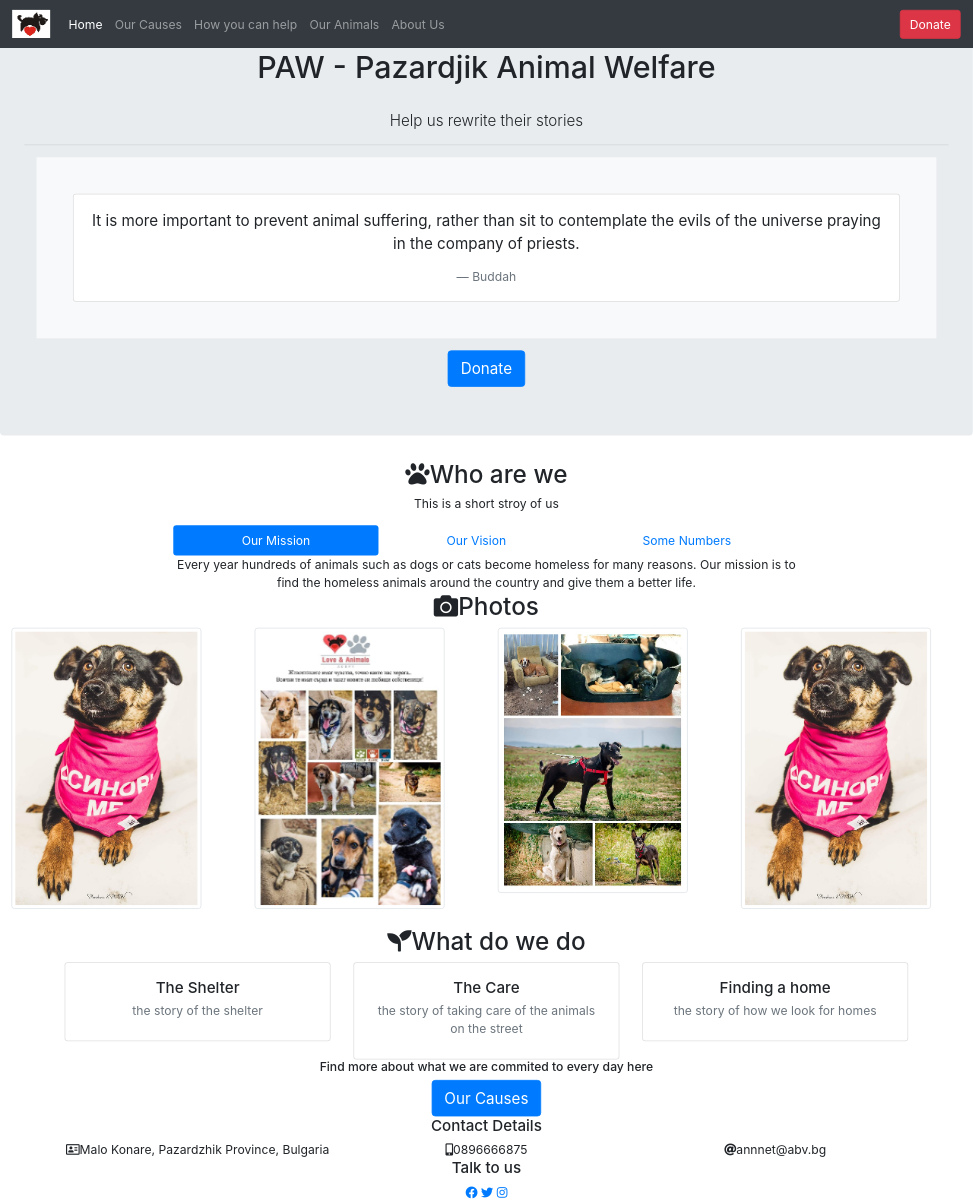
Repository: Naity17/PAW-first-website
Page: How-you-can-help.html
The author's editor kept a record of every edit. The page is drawn from the files as they stood at one moment, then again after the next edit.
The browser window is 1280 px wide. The pictures show the whole page, at 76% of full size.
Some web libraries are served in a nearby version.

Above is the page before.
Console error: TypeError: Cannot read properties of undefined (reading 'fn')

### How-you-can-help.html
<!DOCTYPE html>
<html lang="en">

<head>
    <meta charset="UTF-8">
    <meta name="viewport" content="width=device-width, initial-scale=1.0">
    <meta http-equiv="X-UA-Compatible" content="ie=edge">
    <link rel="stylesheet" href="https://stackpath.bootstrapcdn.com/bootstrap/4.3.1/css/bootstrap.min.css" integrity="sha384-ggOyR0iXCbMQv3Xipma34MD+dH/1fQ784/j6cY/iJTQUOhcWr7x9JvoRxT2MZw1T" crossorigin="anonymous">
    <link rel="stylesheet" href="https://use.fontawesome.com/releases/v5.9.0/css/all.css" integrity="sha384-i1LQnF23gykqWXg6jxC2ZbCbUMxyw5gLZY6UiUS98LYV5unm8GWmfkIS6jqJfb4E" crossorigin="anonymous">
    <script src="https://stackpath.bootstrapcdn.com/bootstrap/4.3.1/js/bootstrap.min.js" integrity="sha384-JjSmVgyd0p3pXB1rRibZUAYoIIy6OrQ6VrjIEaFf/nJGzIxFDsf4x0xIM+B07jRM" crossorigin="anonymous"></script>
    <link rel="stylesheet" href="assets/css/style.css" type="text/css" />
    <title>PAW - Pazardjik Animal Welfare</title>
</head>

<body>
    <header>
        <!-- ---------------NavBar-------------- -->
        <nav class="navbar navbar-expand-md navbar-dark fixed-top bg-dark">
            <a class="navbar-brand" href="index.html">
                <img src="assets/images/general/logo.jpg">
            </a>
            <button class="navbar-toggler collapsed" type="button" data-toggle="collapse" data-target="#navbarCollapse" aria-controls="navbarCollapse" aria-expanded="false" aria-label="Toggle navigation">
              <span class="navbar-toggler-icon"></span>
            </button>
            <div class="navbar-collapse collapse" id="navbarCollapse" style="">
                <ul class="navbar-nav mr-auto">
                    <li class="nav-item active">
                        <a class="nav-link" href="#">Home<span class="sr-only">(current)</span></a>
                    </li>
                    <li class="nav-item">
                        <a class="nav-link" href="#">Our Causes</a>
                    </li>
                    <li class="nav-item">
                        <a class="nav-link" href="#">How you can help</a>
                    </li>
                    <li class="nav-item">
                        <a class="nav-link" href="#">Our Animals</a>
                    </li>
                    <li class="nav-item">
                        <a class="nav-link" href="#">About Us</a>
                    </li>
                </ul>
                <button class="btn btn-danger navbar-btn">Donate</button>
            </div>
        </nav>
        <!-- ---------------End of NavBar-------------- -->
    </header>

    <!-- ---------------Jumbotron-------------- -->
    <section class="main">
        <div class="jumbotron text-center">
            <div class="contaier-fluid">
                <h1 class="uppercase">PAW - Pazardjik Animal Welfare</h1>
                <br>
                <p class="lead">Help us rewrite their stories</p>
                <hr class="my-3">
                <div class="position-relative overflow-hidden p-3 p-md-5 m-md-3 text-center bg-light">
                    <div class="card">
                        <div class="card-body">
                            <blockquote class="blockquote mb-0">
                                <p>It is more important to prevent animal suffering, rather than sit to contemplate the evils of the universe praying in the company of priests.</p>
                                <footer class="blockquote-footer">Buddah</footer>
                            </blockquote>
                        </div>
                    </div>
                </div>
                <a class="btn btn-primary btn-lg" href="#" role="button">Donate</a>
            </div>
        </div>
    </section>
    <!-- ---------------End of Jumbotron-------------- -->

    <!-- --------------Who are we-------------- -->
    <section class="text-center container-fluid">
        <div class="row">
            <div class="col-1"></div>
            <div class="col-10">
                <h2><i class="fa fa-paw" aria-hidden="true"></i>Who are we</h2>
                <p>This is a short stroy of us</p>
            </div>
            <div class="col-1"></div>
        </div>
        <div class="row">
            <div class="col-2"></div>
            <div class="col-8">
                <!-- Nav tabs-->
                <ul class="nav nav-pills nav-fill" id="pills-tab" role="tablist">
                    <li class="nav-item">
                        <a class="nav-link active" id="pills-our-mission-tab" data-toggle="pill" href="#pills-our-mission" role="tab" aria-controls="pills-our-mission" aria-selected="true">Our Mission</a>
                    </li>
                    <li class="nav-item">
                        <a class="nav-link" id="pills-our-vision-tab" data-toggle="pill" href="#pills-our-vision" role="tab" aria-controls="pills-our-vision" aria-selected="false">Our Vision </a>
                    </li>
                    <li class="nav-item">
                        <a class="nav-link" id="pills-some-numbers-tab" data-toggle="pill" href="#pills-some-numbers" role="tab" aria-controls="pills-some-numbers" aria-selected="false">Some Numbers</a>
                    </li>
                </ul>
                <div class="tab-content" id="pills-tabContent">
                    <div class="tab-pane fade show active" id="pills-our-mission" role="tabpanel" aria-labelledby="pills-our-mission-tab">Every year hundreds of animals such as dogs or cats become homeless for many reasons. Our mission is to find the homeless animals around the country and give them a better life.
                    </div>
                    <div class="tab-pane fade" id="pills-our-vision" role="tabpanel" aria-labelledby="pills-our-vision-tab">We see the future of Animal Shelter as a compassionate society where companion animals are valued and treated with respect and are guaranteed to find loving homes and families.
                    </div>
                    <div class="tab-pane fade" id="pills-some-numbers" role="tabpanel" aria-labelledby="pills-some-numbers-tab">
                        <div class="row">
                            <div class="col-4">
                                <div class="cell height-fill">
                                    <div>
                                        <h4>1000</h4>
                                        <p class="uppercase">Animals adopted</p>
                                    </div>
                                </div>
                            </div>
                            <div class="col-4">
                                <div class="cell height-fill">
                                    <div>
                                        <h4>2000</h4>
                                        <p class="uppercase">Animals neutered</p>
                                    </div>
                                </div>
                            </div>
                            <div class="col-4">
                                <div class="cell height-fill">
                                    <div>
                                        <h4>80</h4>
                                        <p class="uppercase">Animals in the shelter</p>
                                    </div>
                                </div>
                            </div>
                        </div>
                    </div>
                </div>
            </div>
            <div class="col-2"></div>
        </div>
    </section>

    <!-- check pictures, their names and their classes and ids and the alt... -->
    <section class="container-photos" id="photos">
        <div class="container-fluid photo-content-container">
            <div class="row">
                <div class="col-3"></div>
                <div class="col-6">
                    <h2 class="photo-heading text-center"><i class="fa fa-camera" aria-hidden="true"></i>Photos</h2>
                </div>
                <div class="col-3"></div>
            </div>

            <!-- Beginning of Modal -->
            <div class="row">
                <!-- Modal: Image 1 -->
                <div class="col-6 col-md-3">
                    <a class="d-block mb-4 h-100">
                    <img class="img-fluid img-hover img-thumbnail" src="assets/images/general/carousel-1.jpg" data-toggle="modal" data-target="#Image1" alt="carousel-1.jpg">
                </a>
                    <!-- Modal Content -->
                    <div class="modal fade" id="Image1" tabindex="-1" role="dialog" aria-hidden="true">
                        <div class="modal-dialog modal-dialog-centered modal-sm" role="document">
                            <div class="modal-body">
                                <img class="img-fluid" src="assets/images/general/carousel-1.jpg" alt="carousel-1.jpg">
                            </div>
                        </div>
                    </div>
                </div>
                <!-- Modal: Image 2 -->
                <div class="col-6 col-md-3">
                    <a class="d-block mb-4 h-100">
                    <img class="img-fluid img-hover img-thumbnail" src="assets/images/general/carousel-2.jpg" data-toggle="modal" data-target="#Image2" alt="...">
                </a>
                    <!-- Modal Content -->
                    <div class="modal fade" id="Image2" tabindex="-1" role="dialog" aria-hidden="true">
                        <div class="modal-dialog modal-lg" role="document">
                            <div class="modal-body">
                                <img class="img-fluid" src="assets/images/general/carousel-2.jpg" alt="...">
                            </div>
                        </div>
                    </div>
                </div>
                <!-- Modal: Image 3 -->
                <div class="col-6 col-md-3">
                    <a class="d-block mb-4 h-100">
                    <img class="img-fluid img-hover img-thumbnail" src="assets/images/general/carousel-3.jpg" data-toggle="modal" data-target="#Image3" alt="...">
                </a>
                    <!-- Modal Content -->
                    <div class="modal fade" id="Image3" tabindex="-1" role="dialog" aria-hidden="true">
                        <div class="modal-dialog modal-lg" role="document">
                            <div class="modal-body">
                                <img class="img-fluid" src="assets/images/general/carousel-3.jpg" alt="...">
                            </div>
                        </div>
                    </div>
                </div>
                <!-- Modal: Image 4 -->
                <div class="col-6 col-md-3">
                    <a class="d-block mb-4 h-100">
                    <img class="img-fluid img-hover img-thumbnail" src="assets/images/general/carousel-4.jpg" data-toggle="modal" data-target="#Image4" alt="...">
                </a>
                    <!-- Modal Content -->
                    <div class="modal fade" id="Image4" tabindex="-1" role="dialog" aria-hidden="true">
                        <div class="modal-dialog modal-lg" role="document">
                            <div class="modal-body">
                                <img class="img-fluid" src="assets/images/general/carousel-4.jpg" alt="...">
                            </div>
                        </div>
                    </div>
                </div>
            </div>
            <!-- End of Modal -->
    </section>

    <!-- --------------End of Who are we-------------- -->

    <!-- --------------What do we do-------------- -->
    <section class="container text-center">
        <h2><i class="fa fa-seedling"></i>What do we do</h2>
        <div class="row">
            <div class="col-12 col-md-4 activities-card">
                <div class="card">
                    <div class="card-body">
                        <h5 class="card-title">The Shelter</h5>
                        <p class="card-subtitle mb-2 text-muted">the story of the shelter</p>
                    </div>
                </div>
            </div>
            <div class="col-12 col-md-4 activities-card">
                <div class="card">
                    <div class="card-body">
                        <h5 class="card-title">The Care</h5>
                        <p class="card-subtitle mb-2 text-muted">the story of taking care of the animals on the street</p>
                    </div>
                </div>
            </div>
            <div class="col-12 col-md-4 activities-card">
                <div class="card">
                    <div class="card-body">
                        <h5 class="card-title">Finding a home</h5>
                        <p class="card-subtitle mb-2 text-muted">the story of how we look for homes</p>
                    </div>
                </div>
            </div>
        </div>
        <div class="row">
            <div class="col">
                <h6>Find more about what we are commited to every day here</h6>
                <a class="btn btn-primary btn-lg" href="#" role="button">Our Causes</a>
            </div>
        </div>
        <!-- -------------- End of What do we do-------------- -->
    </section>
    <footer class="container text-center footer-details">
        <div class="row">
            <div class="col-12">
                <h5>Contact Details</h5>
            </div>
        </div>
        <div id="contact-details-items" class="row ">
            <div class="col-4 address-item">
                <i class="far fa-address-card"></i>Malo Konare, Pazardzhik Province, Bulgaria
            </div>
            <div class="col-4 phone-number-item">
                <i class="fas fa-mobile-alt"></i>0896666875
            </div>
            <div class="col-4 email-item">
                <i class="fas fa-at"></i>annnet@abv.bg
            </div>
        </div>
        <div class="row" id="social-details">
            <div class="col-xs-12 col-sm-12 icons">
                <h5 class="uppercase general-sub">Talk to us</h5>
                <a href="https://www.facebook.com/PAW-Pazardjik-Animal-Welfare-134643483313391/" target="_blank"><i class="fab fa-facebook alignment"></i></a>
                <a href="https://twitter.com/ralito17?lang=en" target="_blank"><i class="fab fa-twitter alignment"></i></a>
                <a href="https://www.instagram.com/?hl=en" target="_blank"><i class="fab fa-instagram alignment"></i></a>
            </div>
        </div>
    </footer>
    <script src="https://code.jquery.com/jquery-3.3.1.slim.min.js" integrity="sha384-q8i/X+965DzO0rT7abK41JStQIAqVgRVzpbzo5smXKp4YfRvH+8abtTE1Pi6jizo" crossorigin="anonymous"></script>
    <script src="https://cdnjs.cloudflare.com/ajax/libs/popper.js/1.14.7/umd/popper.min.js" integrity="sha384-UO2eT0CpHqdSJQ6hJty5KVphtPhzWj9WO1clHTMGa3JDZwrnQq4sF86dIHNDz0W1" crossorigin="anonymous"></script>
    <script src="https://stackpath.bootstrapcdn.com/bootstrap/4.3.1/js/bootstrap.min.js" integrity="sha384-JjSmVgyd0p3pXB1rRibZUAYoIIy6OrQ6VrjIEaFf/nJGzIxFDsf4x0xIM+B07jRM" crossorigin="anonymous"></script>
</body>

</html>

Loaded but not shown: assets/css/style.css (no copy from this time; the picture is the same without it)

After the next edit:
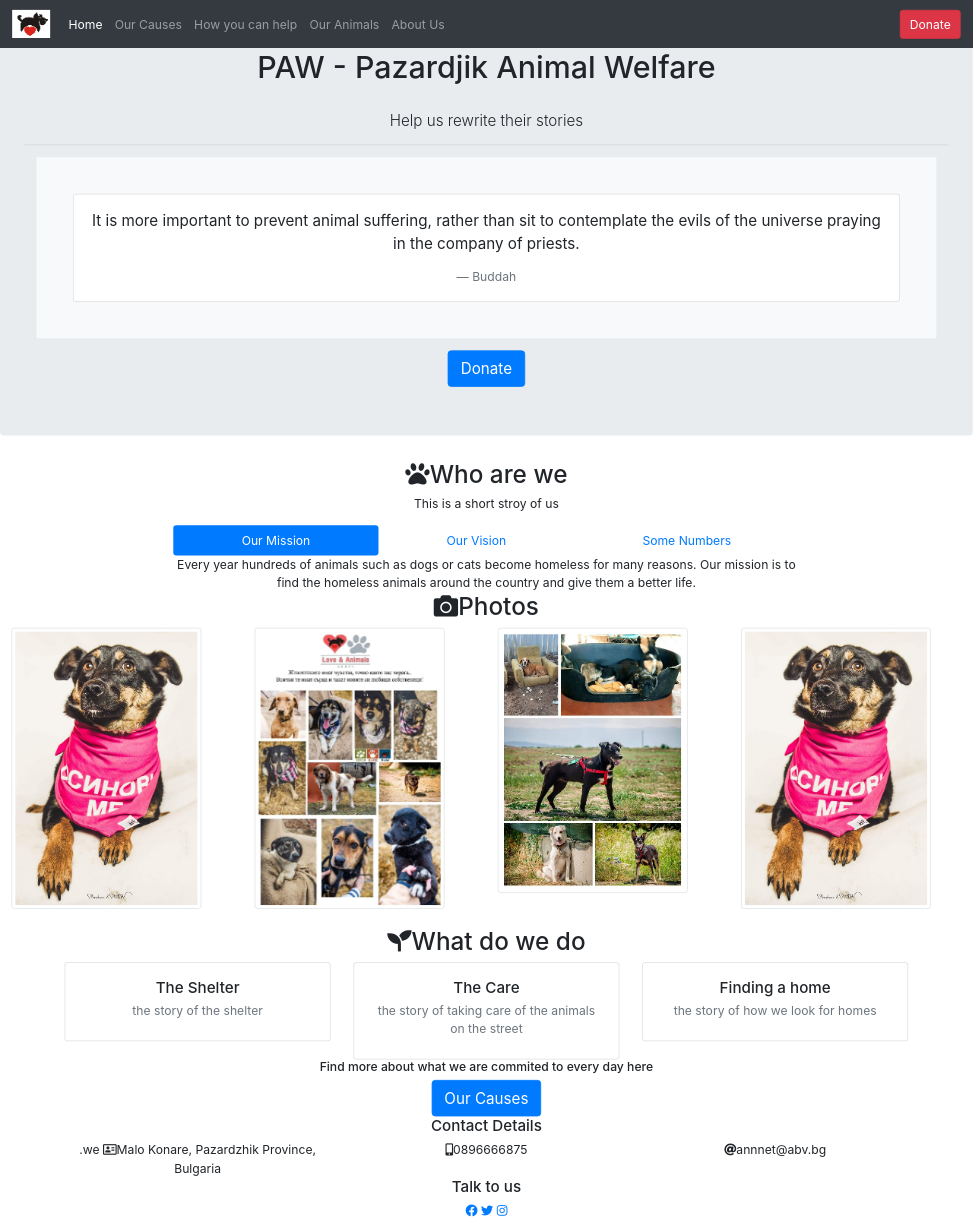
The edit:
--- a/How-you-can-help.html
+++ b/How-you-can-help.html
@@ -254,6 +254,7 @@
         </div>
         <div id="contact-details-items" class="row ">
             <div class="col-4 address-item">
+                .we
                 <i class="far fa-address-card"></i>Malo Konare, Pazardzhik Province, Bulgaria
             </div>
             <div class="col-4 phone-number-item">
